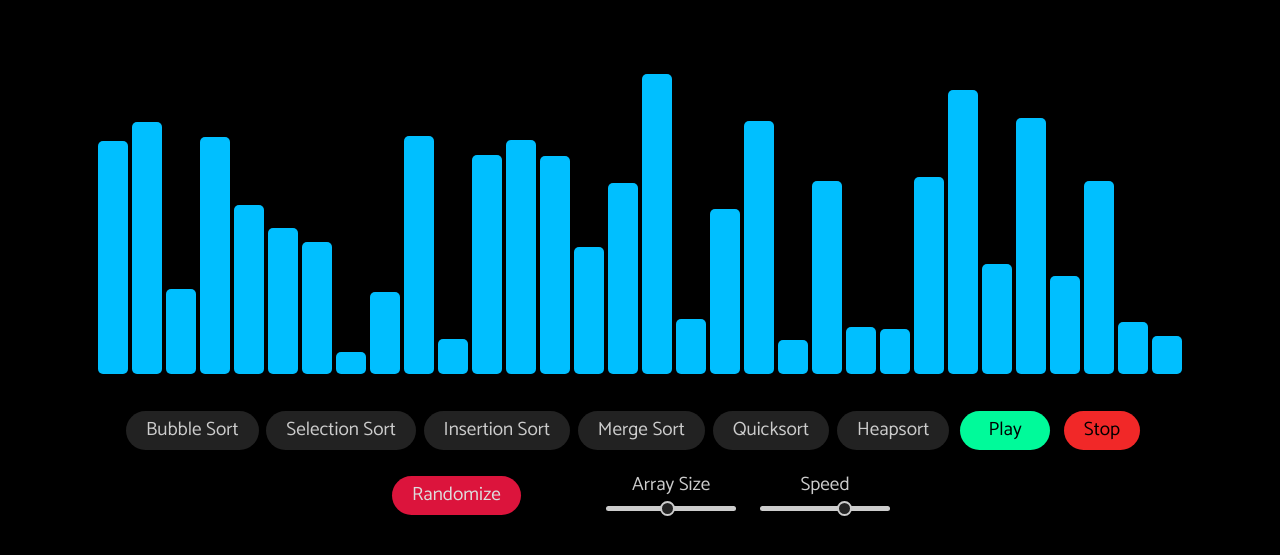
Repository: sneha1010/Sorting-visualizer
Page: index.html
These files come from the project's save history. The page is drawn as it stood at one moment and after the next save; the edit follows.
The browser window is 1280 px wide. The pictures show the whole page.

Above is the page before, as saved 2022-06-14 18:06:31.

After the next save:
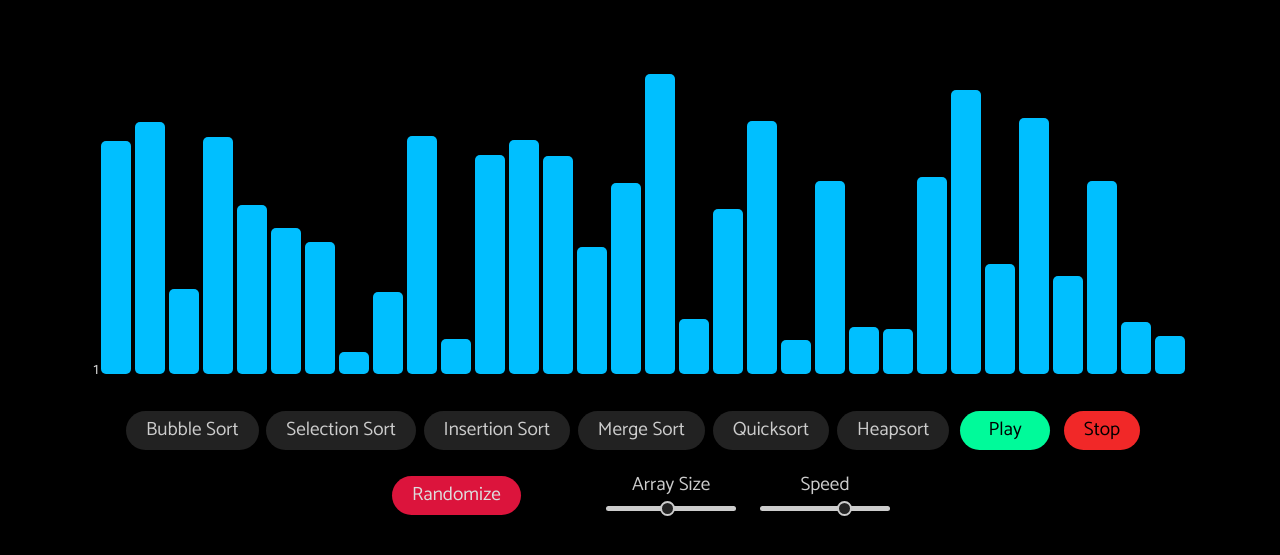
Saved 15 min 1 s later.
--- a/assets/script.js
+++ b/assets/script.js
@@ -54,7 +54,7 @@
 
 function createArray() {
     arr = [];
-    $("#array").html('');
+    $("#array").html('1');
 
     for(var i = 0; i < size; i++) {
         var n = Math.floor( Math.random() * (MAX - MIN + 1) ) + MIN;

After the save that followed:
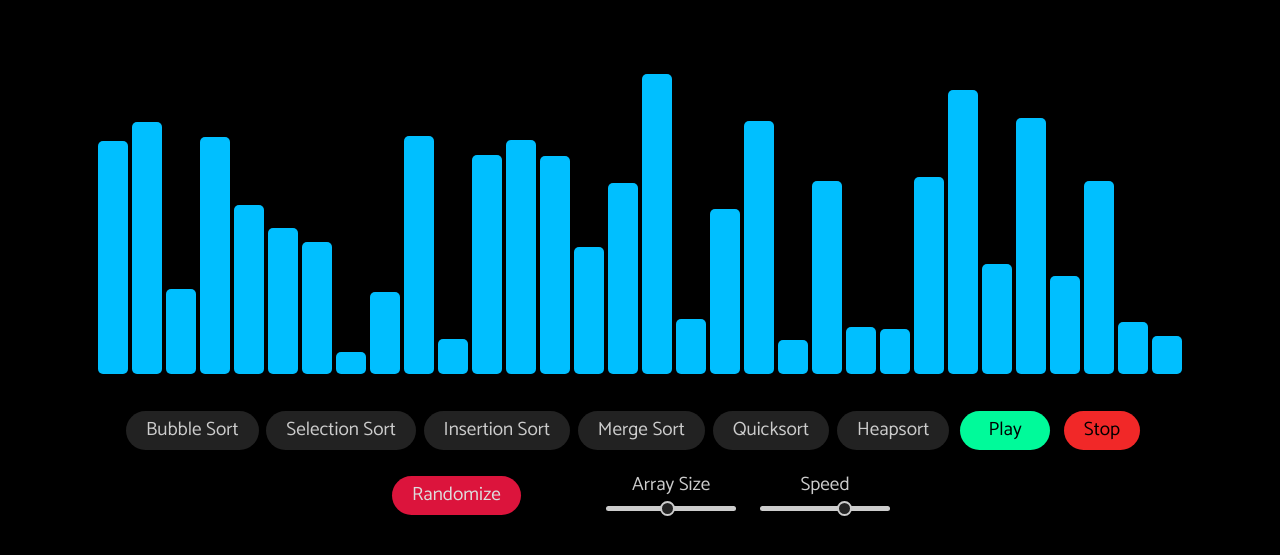
Saved 10 s later.
--- a/assets/script.js
+++ b/assets/script.js
@@ -54,7 +54,7 @@
 
 function createArray() {
     arr = [];
-    $("#array").html('1');
+    $("#array").html('');
 
     for(var i = 0; i < size; i++) {
         var n = Math.floor( Math.random() * (MAX - MIN + 1) ) + MIN;
